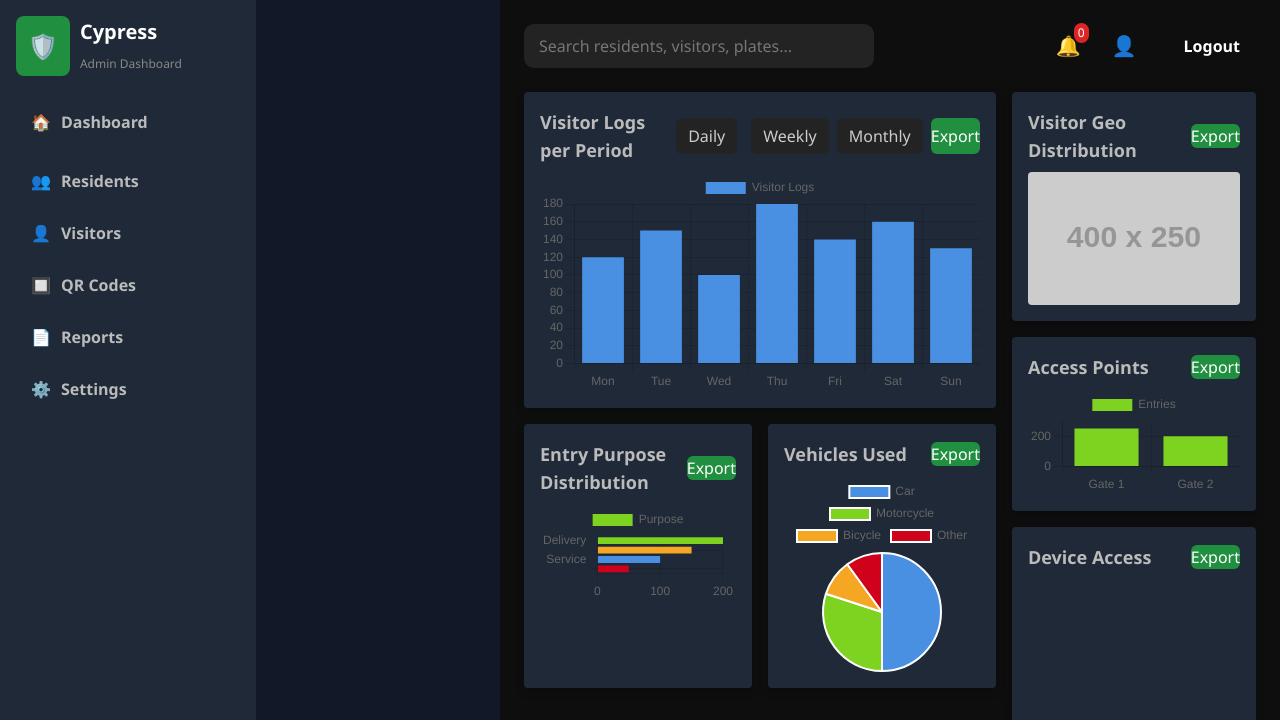
Repository: camuramon/my-project
Page: templates/admin/reports.html
These files come from the project's save history. The page is drawn as it stood at one moment and after the next save; the edit follows.
The browser window is 1280 px wide. The pictures show the whole page.
An inner scrolling area shows only its first screen. Some web libraries are served in a nearby version. The template is drawn by Flask 3. The application's start-up code is not run. The template is opened directly, without the code that normally fills it, so the values that code supplies are empty.

Above is the page before, as saved 2025-09-19 02:22:38.
Console error: TypeError: Cannot read properties of null (reading 'addEventListener')

After the next save:
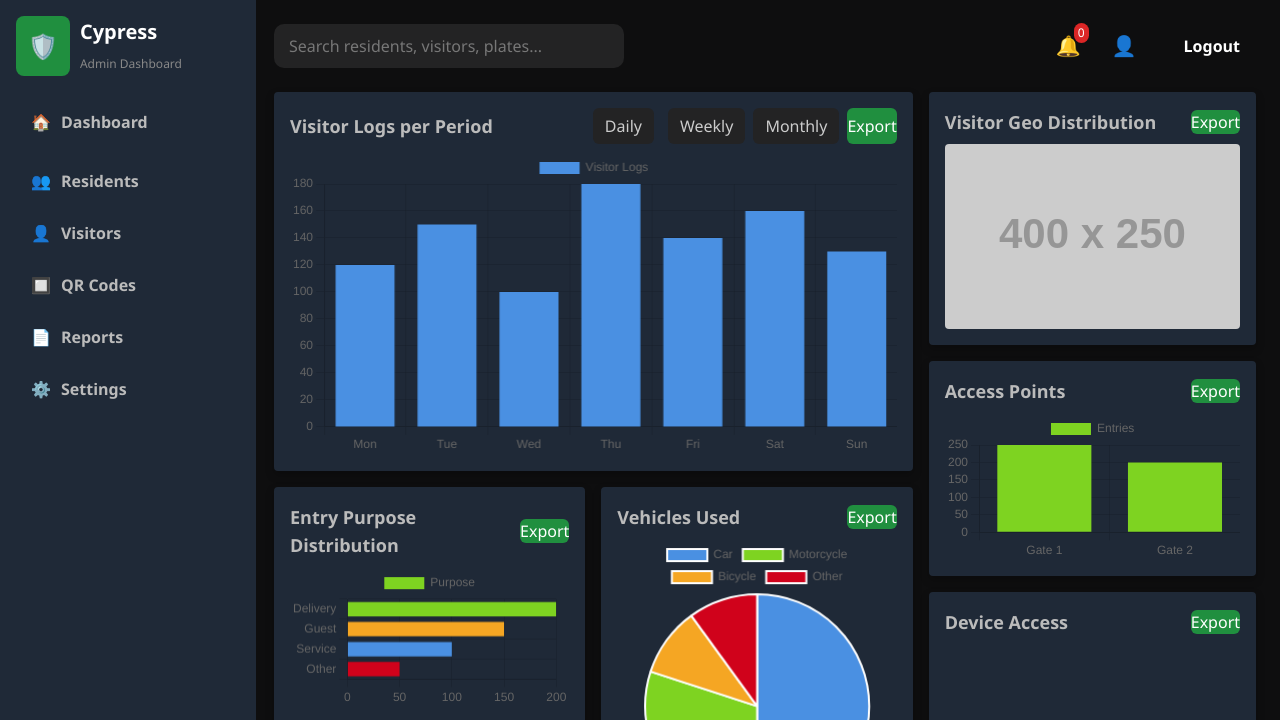
Saved 4 min 2 s later.
--- a/static/css/report.css
+++ b/static/css/report.css
@@ -108,9 +108,8 @@ body {
 =========================== */
 .main-content {
   flex-grow: 1;
-  /* 🔑 Fix: Add margin-left to prevent content from going under the fixed sidebar */
-  margin-left: 500px;
-  padding: 10px;
+  margin-left: 250px;  /* ✅ balik sa tama */
+  padding: 25px;
   background-color: #0e0e0f;
   min-height: 100vh;
   width: calc(100% - 250px);
